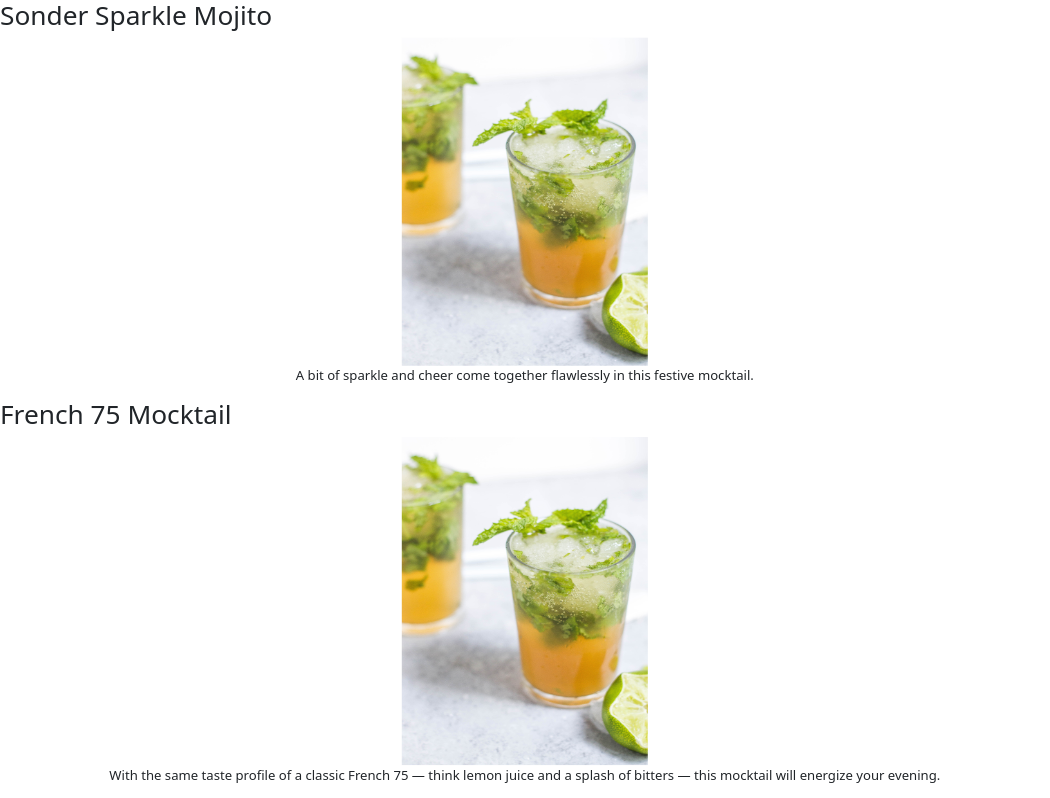
Repository: Flatbook/sliced_bread
Page: http://localhost/
The author's editor kept a copy of each file at every save. The page is drawn from the files as they stood at one save, then again after the next save.
The browser window is 1280 px wide. The pictures show the whole page, at 82% of full size.
Some web libraries are served in a nearby version. The page is served by the project's application, run on Flask 3 (app.py). Other server files are loaded and not shown.

Above is the page before, as saved 2021-05-15 23:21:40.

### flask_project/templates/home.html
{% extends "layout.html" %}
{% block content %}
    {% for drink in drinks %}
        <h2 class=".text-center">{{drink.title}}</h2>
        <img src="{{ user_image }}" width="300" height="400" class="mx-auto d-block"/>

        <p style="text-align: center">{{drink.description}}</p>
    {% endfor %}
{% endblock %}

### flask_project/templates/layout.html
<!DOCTYPE html>
<html lang="en">
<head>
    <meta charset="UTF-8">
    <meta http-equiv="X-UA-Compatible" content="IE=edge">
    <meta name="viewport" content="width=device-width, initial-scale=1.0">
    <!-- <link rel = "stylesheet" href="{{ url_for('static', filename='css/main.css') }}"> -->
    <link href="https://cdn.jsdelivr.net/npm/bootstrap@5.0.1/dist/css/bootstrap.min.css" rel="stylesheet" integrity="sha384-+0n0xVW2eSR5OomGNYDnhzAbDsOXxcvSN1TPprVMTNDbiYZCxYbOOl7+AMvyTG2x" crossorigin="anonymous">
    <title>Greatest Beverage </title>
</head>
<body>
    {% block content %} {% endblock %}

 <!-- Optional JavaScript -->
    <!-- jQuery first, then Popper.js, then Bootstrap JS -->
    <script src="https://code.jquery.com/jquery-3.2.1.slim.min.js" integrity="sha384-KJ3o2DKtIkvYIK3UENzmM7KCkRr/rE9/Qpg6aAZGJwFDMVNA/GpGFF93hXpG5KkN" crossorigin="anonymous"></script>
    <script src="https://cdnjs.cloudflare.com/ajax/libs/popper.js/1.12.9/umd/popper.min.js" integrity="sha384-ApNbgh9B+Y1QKtv3Rn7W3mgPxhU9K/ScQsAP7hUibX39j7fakFPskvXusvfa0b4Q" crossorigin="anonymous"></script>
    <script src="https://maxcdn.bootstrapcdn.com/bootstrap/4.0.0/js/bootstrap.min.js" integrity="sha384-JZR6Spejh4U02d8jOt6vLEHfe/JQGiRRSQQxSfFWpi1MquVdAyjUar5+76PVCmYl" crossorigin="anonymous"></script>
</body>
</html>

### flask_project/app.py
from flask import Flask, render_template
from form import checkoutForm
import os
app = Flask(__name__)

imagesFolder = os.path.join('static','images')

app.config['SECRET_KEY'] = "my secret key"
app.config['UPLOAD_FOLDER'] =imagesFolder


drinks =[{
    'title' : 'Sonder Sparkle Mojito',
    'description': 'A bit of sparkle and cheer come together flawlessly in this festive mocktail.'

},
{
    'title': 'French 75 Mocktail',
    'description': 'With the same taste profile of a classic French 75 — think lemon juice and a splash of bitters — this mocktail will energize your evening.'
}
]

@app.route("/")
def hello_world():
    drink2 = os.path.join(app.config['UPLOAD_FOLDER'],'drink2.jpg')
    return render_template('home.html',drinks=drinks,user_image = drink2)

@app.route("/btform")
def btform():
    return render_template('btform.html')

@app.route("/checkout",methods =['GET','POST'])
def checkout():
    name = None
    lname = None
    form = checkoutForm()
    #  #validate form
    if form.validate_on_submit():
        return 'Dear {}, your order for {} drinks is placed Succesfully.'.format(form.name.data,form.lname.data)
    return render_template("checkout.html",
     name=name,form = form)




if __name__ == '__main__':
    app.run(debug=True)

After the next save:
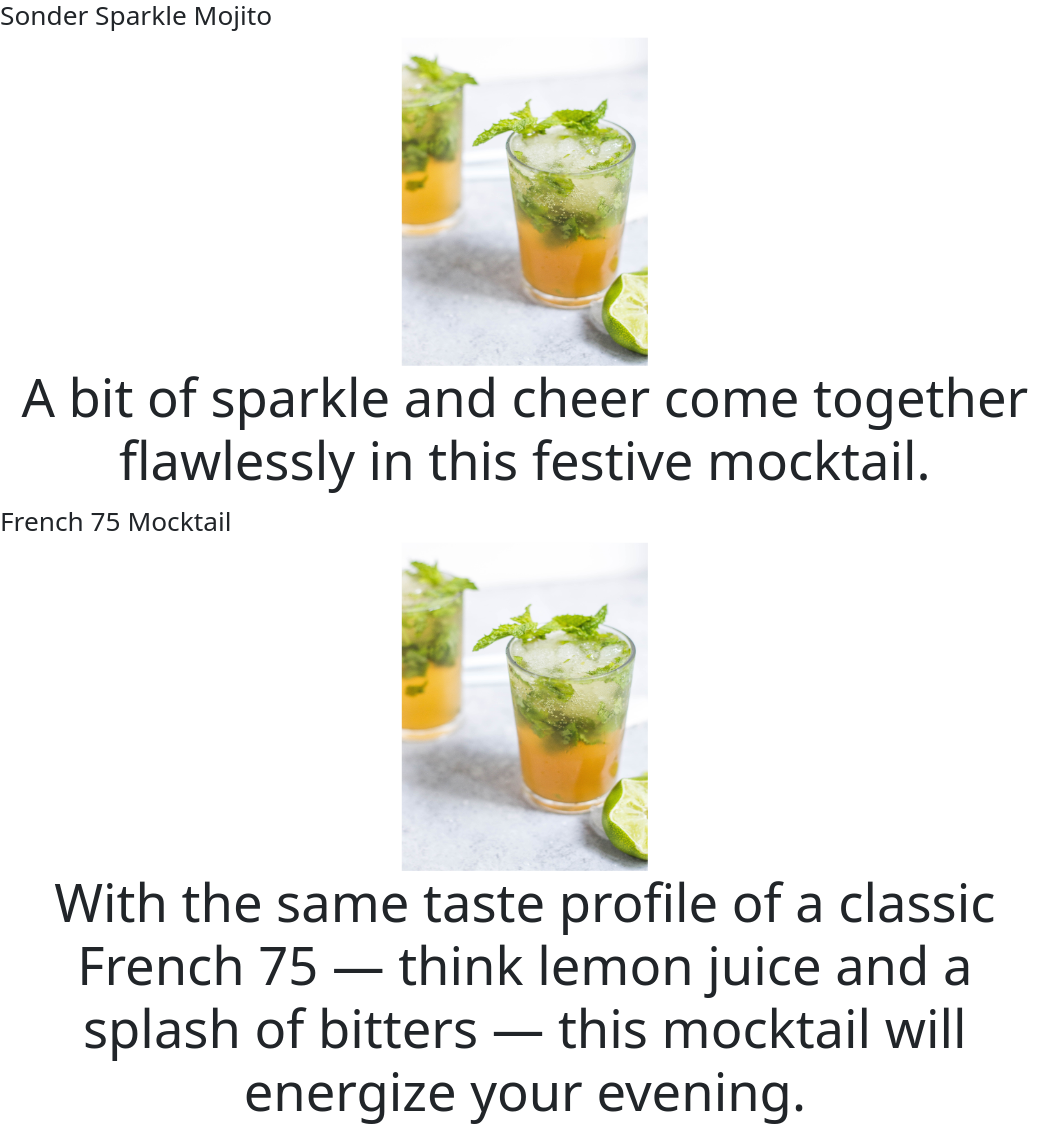
Saved 40 s later.
--- a/flask_project/templates/home.html
+++ b/flask_project/templates/home.html
@@ -4,6 +4,6 @@
         <h2 class=".text-center">{{drink.title}}</h2>
         <img src="{{ user_image }}" width="300" height="400" class="mx-auto d-block"/>
 
-        <p style="text-align: center">{{drink.description}}</p>
+        <p style="text-align: center" class="display-3">{{drink.description}}</p>
     {% endfor %}
 {% endblock %}
